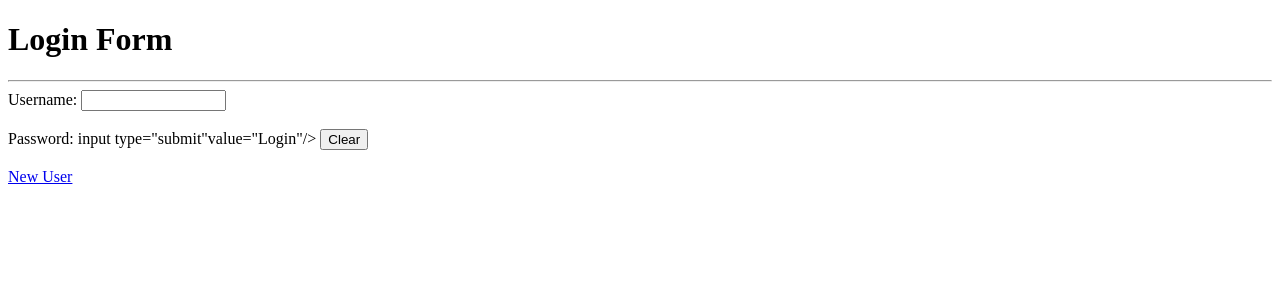
Repository: ManjulavaniSripathi/Day10
Page: LoginApp/WebContent/Registration.html
The author's editor kept a copy of each file at every save. The page is drawn from the files as they stood at one save, then again after the next save.
The browser window is 1280 px wide. The pictures show the whole page.

Above is the page before, as saved 2018-09-05 10:20:32.

### LoginApp/WebContent/Registration.html
<!DOCTYPE html>
<html>
<head>
<meta charset="ISO-8859-1">
<title>Registration form</title>
</head>
<body>
<h1>Login Form</h1>
<hr>
<form action="Login"method="post">
<label>Username:</label>
<input type="text" name="username"size="15"/>
<br><br>
<label>Password:</label>
input type="submit"value="Login"/>
<input type="reset"value="Clear"/>
<br><br>
<a href="registration.html">New User</a>
</form>
</body>
</html>

After the next save:
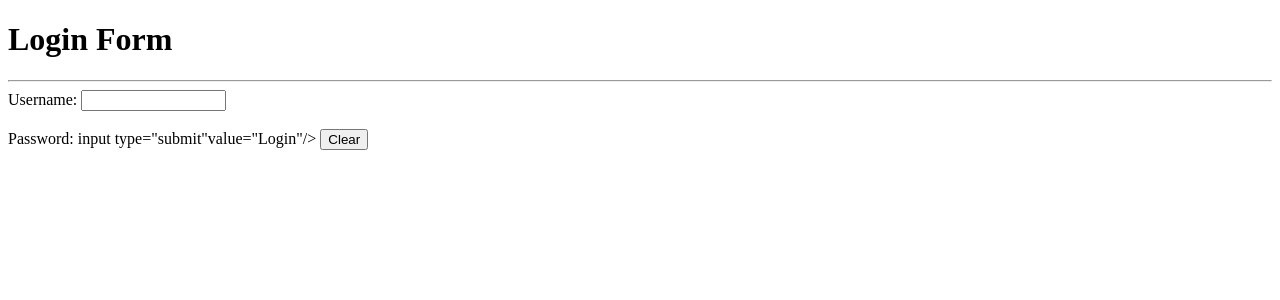
Saved 10 s later.
--- a/LoginApp/WebContent/Registration.html
+++ b/LoginApp/WebContent/Registration.html
@@ -15,7 +15,6 @@
 input type="submit"value="Login"/>
 <input type="reset"value="Clear"/>
 <br><br>
-<a href="registration.html">New User</a>
 </form>
 </body>
 </html>
